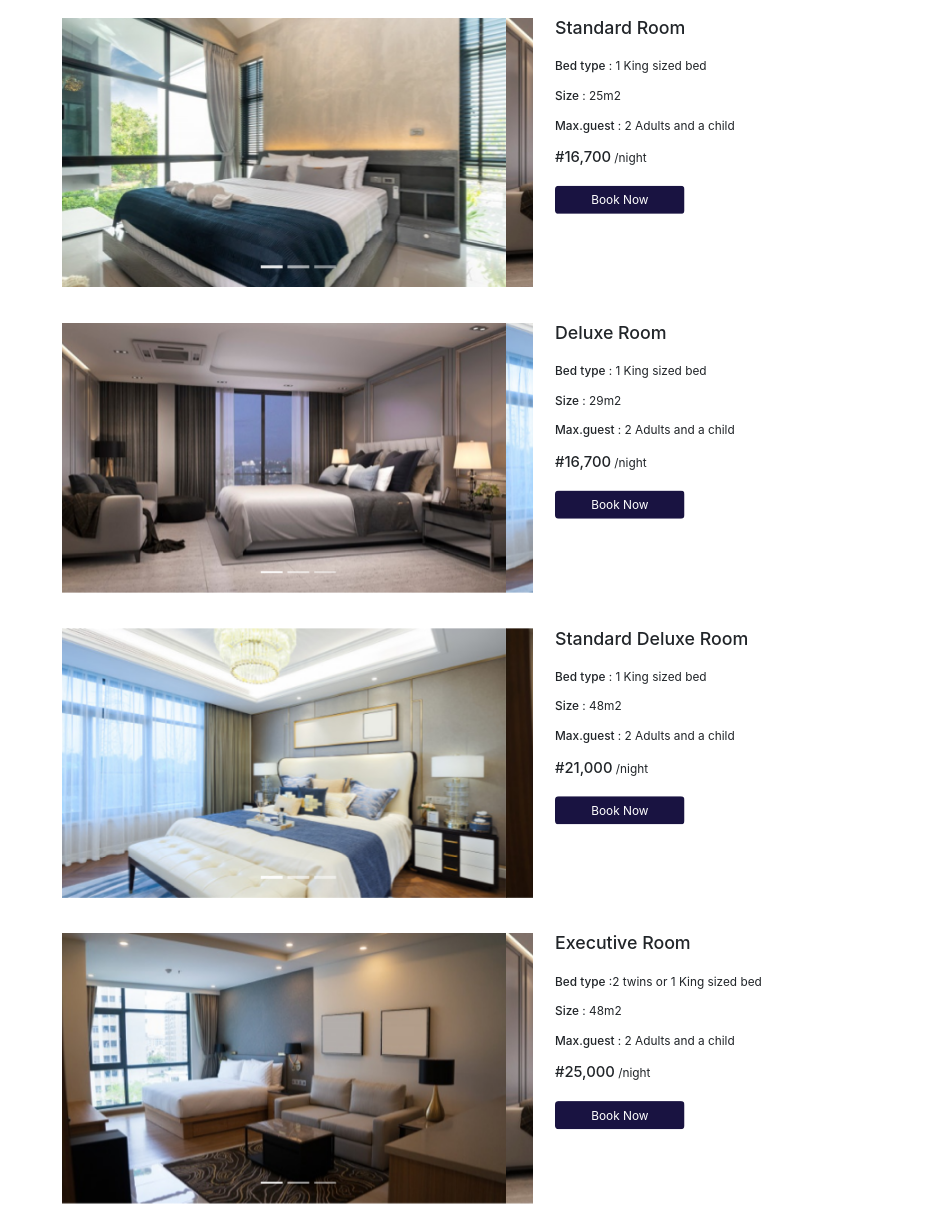
Repository: Syfon01/hotel-website
Page: room.html
The author's editor kept a copy of each file at every save. The page is drawn from the files as they stood at one save, then again after the next save.
The browser window is 1280 px wide. The pictures show the whole page, at 74% of full size.

Above is the page before, as saved 2020-06-08 15:57:10.

### room.html
<!doctype html>
<html lang="en">
  <head>
    <title>Title</title>
    <!-- Required meta tags -->
    <meta charset="utf-8">
    <meta name="viewport" content="width=device-width, initial-scale=1, shrink-to-fit=no">

    <!-- Bootstrap CSS -->
    <link rel="stylesheet" href="https://stackpath.bootstrapcdn.com/bootstrap/4.3.1/css/bootstrap.min.css" integrity="sha384-ggOyR0iXCbMQv3Xipma34MD+dH/1fQ784/j6cY/iJTQUOhcWr7x9JvoRxT2MZw1T" crossorigin="anonymous">
    <link rel="stylesheet" href="room.css">
  </head>
  <body>
      <div class="container">
        <div class="row py-4">
          <div class="col-md-7 col-lg-7 col-12 col-sm-12">
            <div id="carouselExampleIndicators" class="carousel slide" data-ride="carousel">
              <ol class="carousel-indicators">
                <li data-target="#carouselExampleIndicators" data-slide-to="0" class="active"></li>
                <li data-target="#carouselExampleIndicators" data-slide-to="1"></li>
                <li data-target="#carouselExampleIndicators" data-slide-to="2"></li>
              </ol>
              <div class="carousel-inner">
                <div class="carousel-item active">
                  <img src="./img/hotel1.png" class="d-block w-100 h-50 img-fluid" alt="...">
                </div>
                <div class="carousel-item">
                  <img src="./img/hotel2.png" class="d-block w-100 img-fluid" alt="...">
                </div>
                <div class="carousel-item">
                  <img src="./img/hotel3.png" class="d-block w-100 img-fluid" alt="...">
                </div>
              </div>

            </div>
          </div>
          <div class="col-md-5 col-lg-5 col-12 col-sm-12">
            <h4 class="text-purple mb-4">Standard Room</h4>
            <p class="text-purple"><span class="p-font-weight">Bed type </span>: 1 King sized bed</p>
            <p class="text-purple"><span class="p-font-weight">Size</span> : 25m2</p>
            <p class="text-purple"><span class="p-font-weight">Max.guest </span>: 2 Adults and a child</p>
            <p class="text-purple mb-4"><span class="p-font-weight p-20">#16,700</span> /night</p>
            <button class="btn btn-purple px-5">Book Now</button>
          </div>
        </div>

        <div class="row py-4">
          <div class="col-md-7 col-lg-7 col-12 col-sm-12">
            <div id="carouselExampleIndicators" class="carousel slide" data-ride="carousel">
              <ol class="carousel-indicators">
                <li data-target="#carouselExampleIndicators" data-slide-to="0" class="active"></li>
                <li data-target="#carouselExampleIndicators" data-slide-to="1"></li>
                <li data-target="#carouselExampleIndicators" data-slide-to="2"></li>
              </ol>
              <div class="carousel-inner">
                <div class="carousel-item active">
                  <img src="./img/hotel2.png" class="d-block w-100 h-50 img-fluid" alt="...">
                </div>
                <div class="carousel-item">
                  <img src="./img/hotel3.png" class="d-block w-100 img-fluid" alt="...">
                </div>
                <div class="carousel-item">
                  <img src="./img/hotel4.png" class="d-block w-100 img-fluid" alt="...">
                </div>
              </div>

            </div>
          </div>
          <div class="col-md-5 col-lg-5 col-12 col-sm-12">
            <h4 class="text-purple mb-4">Deluxe Room</h4>
            <p class="text-purple"><span class="p-font-weight">Bed type </span>: 1 King sized bed</p>
            <p class="text-purple"><span class="p-font-weight">Size</span> : 29m2</p>
            <p class="text-purple"><span class="p-font-weight">Max.guest </span>: 2 Adults and a child</p>
            <p class="text-purple mb-4"><span class="p-font-weight p-20">#16,700</span> /night</p>
            <button class="btn btn-purple px-5">Book Now</button>
          </div>
        </div>

        <div class="row py-4">
          <div class="col-md-7 col-lg-7 col-12 col-sm-12">
            <div id="carouselExampleIndicators" class="carousel slide" data-ride="carousel">
              <ol class="carousel-indicators">
                <li data-target="#carouselExampleIndicators" data-slide-to="0" class="active"></li>
                <li data-target="#carouselExampleIndicators" data-slide-to="1"></li>
                <li data-target="#carouselExampleIndicators" data-slide-to="2"></li>
              </ol>
              <div class="carousel-inner">
                <div class="carousel-item active">
                  <img src="./img/hotel3.png" class="d-block w-100 h-50 img-fluid" alt="...">
                </div>
                <div class="carousel-item">
                  <img src="./img/hotel4.png" class="d-block w-100 img-fluid" alt="...">
                </div>
                <div class="carousel-item">
                  <img src="./img/hotel1.png" class="d-block w-100 img-fluid" alt="...">
                </div>
              </div>

            </div>
          </div>
          <div class="col-md-5 col-lg-5 col-12 col-sm-12">
            <h4 class="text-purple mb-4">Standard Deluxe Room</h4>
            <p class="text-purple"><span class="p-font-weight">Bed type </span>: 1 King sized bed</p>
            <p class="text-purple"><span class="p-font-weight">Size</span> : 48m2</p>
            <p class="text-purple"><span class="p-font-weight">Max.guest </span>: 2 Adults and a child</p>
            <p class="text-purple mb-4"><span class="p-font-weight p-20">#21,000</span> /night</p>
            <button class="btn btn-purple px-5">Book Now</button>
          </div>
        </div>

        <div class="row py-4">
          <div class="col-md-7 col-lg-7 col-12 col-sm-12">
            <div id="carouselExampleIndicators" class="carousel slide" data-ride="carousel">
              <ol class="carousel-indicators">
                <li data-target="#carouselExampleIndicators" data-slide-to="0" class="active"></li>
                <li data-target="#carouselExampleIndicators" data-slide-to="1"></li>
                <li data-target="#carouselExampleIndicators" data-slide-to="2"></li>
              </ol>
              <div class="carousel-inner">
                <div class="carousel-item active">
                  <img src="./img/hotel4.png" class="d-block w-100 h-50 img-fluid" alt="...">
                </div>
                <div class="carousel-item">
                  <img src="./img/hotel2.png" class="d-block w-100 img-fluid" alt="...">
                </div>
                <div class="carousel-item">
                  <img src="./img/hotel1.png" class="d-block w-100 img-fluid" alt="...">
                </div>
              </div>

            </div>
          </div>
          <div class="col-md-5 col-lg-5 col-12 col-sm-12">
            <h4 class="text-purple mb-4">Executive Room</h4>
            <p class="text-purple"><span class="p-font-weight">Bed type </span>:2 twins or 1 King sized bed</p>
            <p class="text-purple"><span class="p-font-weight">Size</span> : 48m2</p>
            <p class="text-purple"><span class="p-font-weight">Max.guest </span>: 2 Adults and a child</p>
            <p class="text-purple mb-4"><span class="p-font-weight p-20">#25,000</span> /night</p>
            <button class="btn btn-purple px-5">Book Now</button>
          </div>
        </div>
      </div>
    <!-- Optional JavaScript -->
    <!-- jQuery first, then Popper.js, then Bootstrap JS -->
    <script src="https://code.jquery.com/jquery-3.3.1.slim.min.js" integrity="sha384-q8i/X+965DzO0rT7abK41JStQIAqVgRVzpbzo5smXKp4YfRvH+8abtTE1Pi6jizo" crossorigin="anonymous"></script>
    <script src="https://cdnjs.cloudflare.com/ajax/libs/popper.js/1.14.7/umd/popper.min.js" integrity="sha384-UO2eT0CpHqdSJQ6hJty5KVphtPhzWj9WO1clHTMGa3JDZwrnQq4sF86dIHNDz0W1" crossorigin="anonymous"></script>
    <script src="https://stackpath.bootstrapcdn.com/bootstrap/4.3.1/js/bootstrap.min.js" integrity="sha384-JjSmVgyd0p3pXB1rRibZUAYoIIy6OrQ6VrjIEaFf/nJGzIxFDsf4x0xIM+B07jRM" crossorigin="anonymous"></script>
  </body>
</html>

### room.css
.text-purple:{
 color: #333333
}
.p-font-weight{
  font-weight: 500;
}
.p-20{
  font-size: 20px;
}
p{
  line-height: ;
}
.btn-purple{
  background-color: #191341;
  color: #fff;
  border-radius: 5px;
}

After the next save:
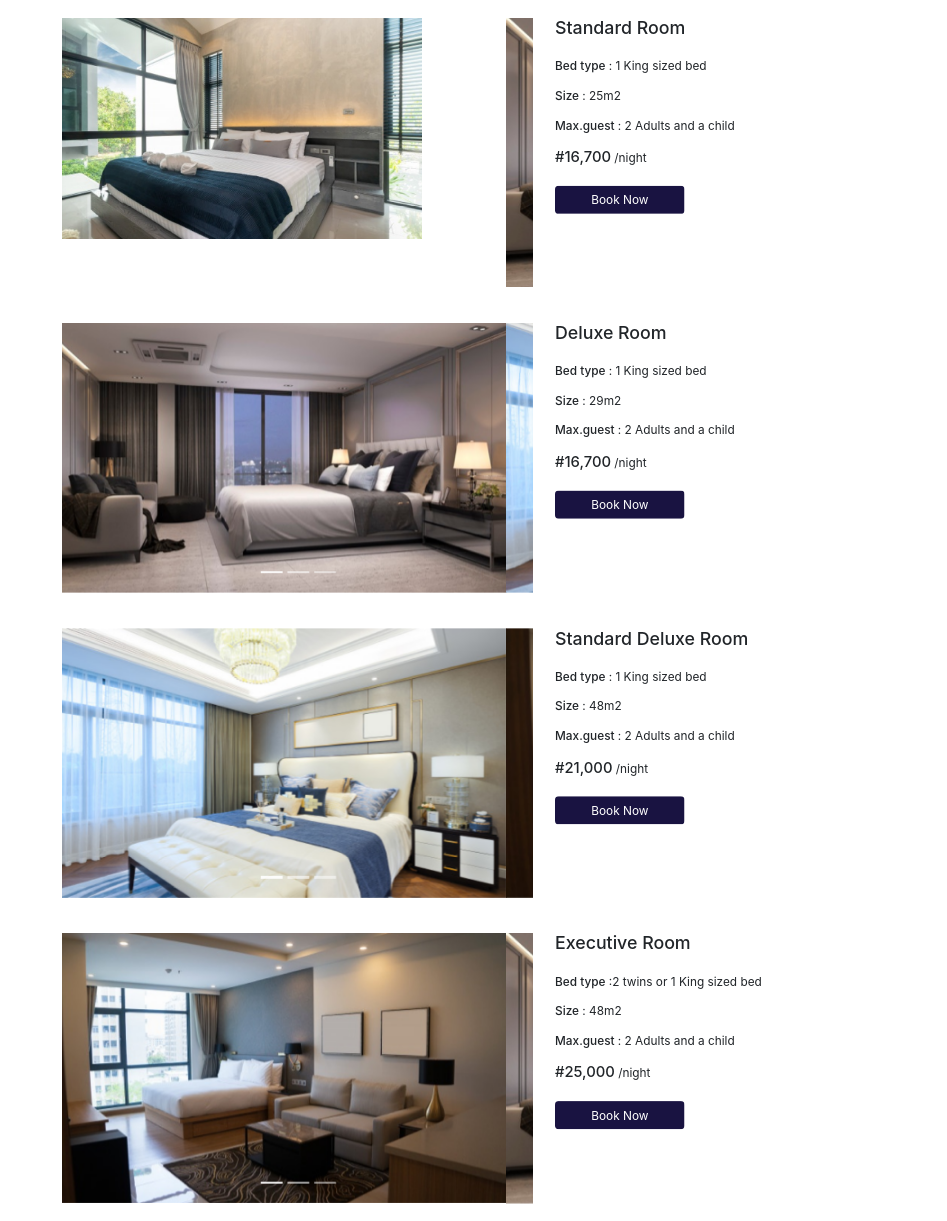
Saved 25 s later.
--- a/room.html
+++ b/room.html
@@ -22,7 +22,7 @@
               </ol>
               <div class="carousel-inner">
                 <div class="carousel-item active">
-                  <img src="./img/hotel1.png" class="d-block w-100 h-50 img-fluid" alt="...">
+                  <img src="./img/hotel1.png" class="d-block w-90 img-fluid" alt="...">
                 </div>
                 <div class="carousel-item">
                   <img src="./img/hotel2.png" class="d-block w-100 img-fluid" alt="...">
